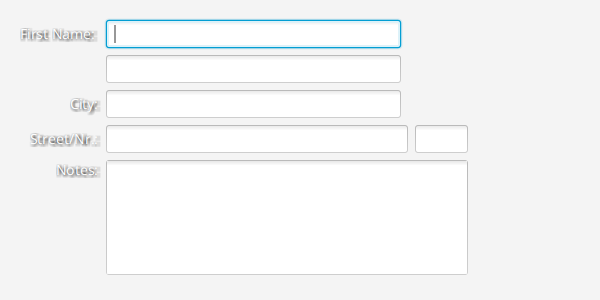
Repository: Mselenko/Java
Program's window: java w_5/JavaFx/src/garbage/CssExample.java
An editor plug-in stored every save of this project. The program's window is shown before and after the next save, followed by the edit.
It runs on Java 21 on a 1366 x 768 screen with JavaFX 11; the title bar is not drawn.

Above is the program's window before, as saved 2019-06-21 23:42:20.

### w_5/JavaFx/src/garbage/CssExample.java
package garbage;

import javafx.application.Application;
import javafx.geometry.HPos;
import javafx.geometry.Insets;
import javafx.scene.Scene;
import javafx.scene.control.Label;
import javafx.scene.control.TextArea;
import javafx.scene.control.TextField;
import javafx.scene.image.Image;
import javafx.scene.image.ImageView;
import javafx.scene.layout.GridPane;
import javafx.scene.paint.Color;
import javafx.scene.paint.Paint;
import javafx.scene.paint.RadialGradientBuilder;
import javafx.scene.paint.Stop;
import javafx.stage.Stage;

/**
 * Created on: 23.06.2012
 * @author Sebastian Damm
 */
public class CssExample extends Application{
//{
//    private final Paint background = RadialGradientBuilder.create()
//            .stops(new Stop(0d, Color.TURQUOISE), new Stop(1, Color.web('3A5998')))
//            .centerX(0.5d).centerY(0.5d).build();
    private final String LABEL_STYLE = "-fx-text-fill: white; -fx-font-size: 14;"
            + "-fx-effect: dropshadow(one-pass-box, black, 5, 0, 1, 1);";

    @Override
    public void start(Stage primaryStage) throws Exception
    {
        Scene scene = new Scene(createGridPane(), 600, 300);
        primaryStage.setTitle("GridPaneExample 2 - User form");
        primaryStage.setScene(scene);
        primaryStage.show();
    }

    private GridPane createGridPane()
    {
        GridPane gridPane = new GridPane();
        gridPane.setPadding(new Insets(20, 0, 20, 20));
        gridPane.setHgap(7); gridPane.setVgap(7);

        Label lbFirstName = new Label("First Name: ");
        lbFirstName.setStyle(LABEL_STYLE);
        GridPane.setHalignment(lbFirstName, HPos.RIGHT);
        TextField tfFirstName = new TextField();
        tfFirstName.setPrefColumnCount(23);

        Label lbLastName = new Label("Last Name:");
        lbLastName.setStyle(LABEL_STYLE);
        GridPane.setHalignment(lbLastName, HPos.RIGHT);
        TextField tfLastName = new TextField();

        Label lbCity = new Label("City:");
        lbCity.setStyle(LABEL_STYLE);
        GridPane.setHalignment(lbCity, HPos.RIGHT);
        TextField tfCity = new TextField();

        Label lbStreetNr = new Label("Street/Nr.:");
        lbStreetNr.setStyle(LABEL_STYLE);
        GridPane.setHalignment(lbStreetNr, HPos.RIGHT);
        TextField tfStreet = new TextField();
        tfStreet.setPrefColumnCount(17);
        GridPane.setColumnSpan(tfStreet, 2);
        TextField tfNumber = new TextField();
        tfNumber.setPrefColumnCount(3);

        Label lbNotes = new Label("Notes:");
        lbNotes.setStyle(LABEL_STYLE);
        GridPane.setHalignment(lbNotes, HPos.RIGHT);
        TextArea taNotes = new TextArea();
        taNotes.setPrefColumnCount(5);
        taNotes.setPrefRowCount(5);
        GridPane.setColumnSpan(taNotes, 3);
        GridPane.setRowSpan(taNotes, 2);

//        ImageView imageView = new ImageView(new Image(getClass()
//                .getResourceAsStream('person.png'), 0, 65, true, true));
//        GridPane.setHalignment(imageView, HPos.LEFT);
//        GridPane.setColumnSpan(imageView, 2);
//        GridPane.setRowSpan(imageView, 3);

//        gridPane.setGridLinesVisible(true);

        gridPane.add(lbFirstName, 0, 0); gridPane.add(tfFirstName, 1, 0);
        //gridPane.add(imageView, 2, 0); gridPane.add(lbLastName, 0, 1);
        gridPane.add(tfLastName, 1, 1); gridPane.add(lbCity, 0, 2);
        gridPane.add(tfCity, 1, 2); gridPane.add(lbStreetNr, 0, 3);
        gridPane.add(tfStreet, 1, 3); gridPane.add(tfNumber, 3, 3);
        gridPane.add(lbNotes, 0, 4); gridPane.add(taNotes, 1, 4);

        return gridPane;
    }

    public static void main(String[] args)
    {   Application.launch(args);   }
}

After the next save:
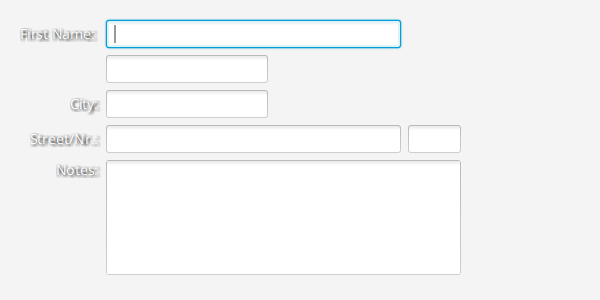
Saved 46 s later.
--- a/w_5/JavaFx/src/garbage/CssExample.java
+++ b/w_5/JavaFx/src/garbage/CssExample.java
@@ -48,6 +48,7 @@
         GridPane.setHalignment(lbFirstName, HPos.RIGHT);
         TextField tfFirstName = new TextField();
         tfFirstName.setPrefColumnCount(23);
+        GridPane.setColumnSpan(tfFirstName, 2);
 
         Label lbLastName = new Label("Last Name:");
         lbLastName.setStyle(LABEL_STYLE);

After the save that followed:
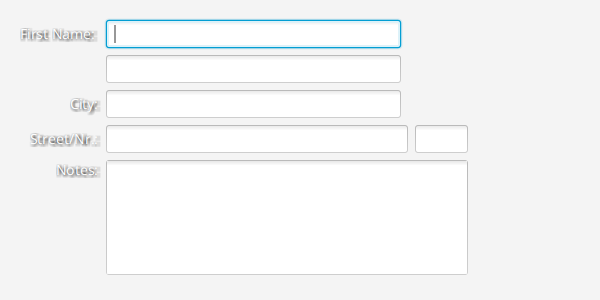
Saved 14 s later.
--- a/w_5/JavaFx/src/garbage/CssExample.java
+++ b/w_5/JavaFx/src/garbage/CssExample.java
@@ -48,7 +48,7 @@
         GridPane.setHalignment(lbFirstName, HPos.RIGHT);
         TextField tfFirstName = new TextField();
         tfFirstName.setPrefColumnCount(23);
-        GridPane.setColumnSpan(tfFirstName, 2);
+        GridPane.setColumnSpan(tfFirstName, 1);
 
         Label lbLastName = new Label("Last Name:");
         lbLastName.setStyle(LABEL_STYLE);
